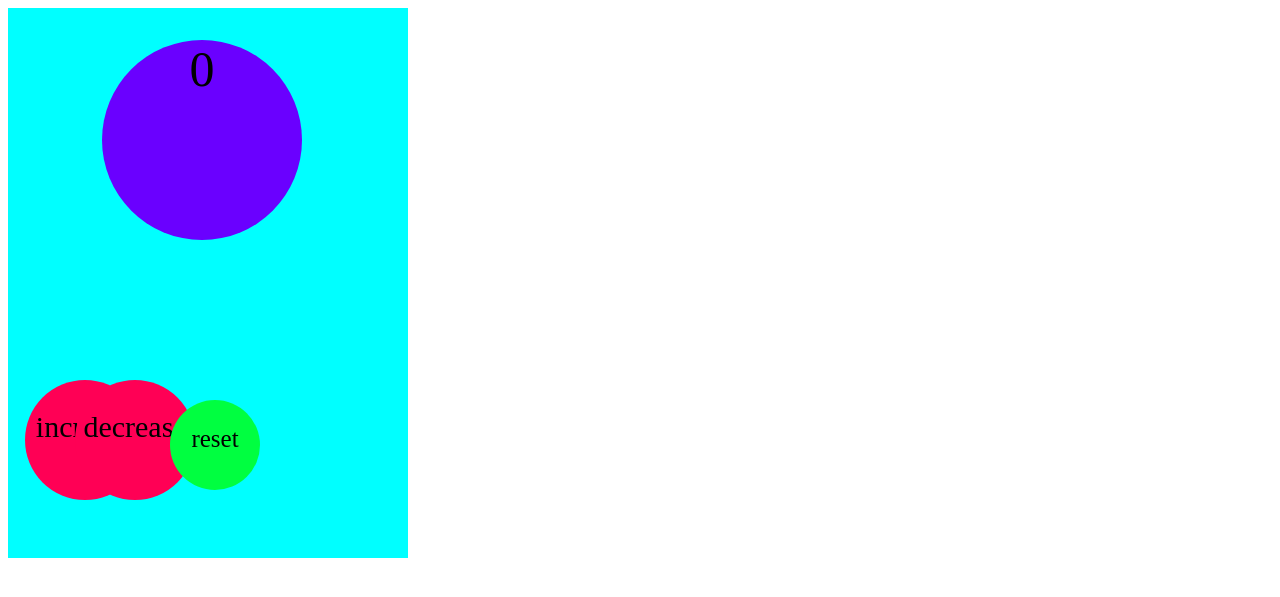
Repository: sara55m/Counter_App
Page: index.html
These files come from the project's save history. The page is drawn as it stood at one moment and after the next save; the edit follows.
The browser window is 1280 px wide. The pictures show the whole page.

Above is the page before, as saved 2024-07-30 03:33:50.

### index.html
<!DOCTYPE html>
<html lang="en">
<head>
    <meta charset="UTF-8">
    <meta name="viewport" content="width=device-width, initial-scale=1.0">
    <title>Document</title>
    <link rel="stylesheet" href="css/style.css">
</head>
<body>
    <div class="container">
        <div class="main" id="main"></div>
        <div class="increase" id="increase" onclick="increase()"><p class="first">increase</p></div>
        <div class="decrease" id="decrease" onclick="increase()"><p class="second">decrease</p></div>
        <div class="reset" onclick="reset_1()"><p class="third">reset</p></div>
    </div>
    <script src="js/script.js"></script>
</body>
</html>

### css/style.css
.container{
    height:550px;
    width:400px;
    background-color: aqua;
}

.main{
    position:absolute;
    top:40px;
    left:102px;
    height:200px;
    width:200px;
    border-radius: 50%;
    background-color: rgb(106, 0, 255);
    text-align: center;
    font-size: 50px;
}

.increase{
    position:absolute;
    top:380px;
    left:25px;
    height:120px;
    width:120px;
    border-radius: 50%;
    background-color: rgb(255, 0, 85);
    text-align: center;
    font-size: 50px;
}
p.first,p.second{
    font-size: 30px;;
}

.decrease{
    position:absolute;
    top:380px;
    left:75px;
    height:120px;
    width:120px;
    border-radius: 50%;
    background-color: rgb(255, 0, 85);
    text-align: center;
    font-size: 50px;
}

.reset{
    position:absolute;
    top:400px;
    left:170px;
    height:90px;
    width:90px;
    border-radius: 50%;
    background-color: rgb(0, 255, 64);
    text-align: center;
    font-size: 50px;
}

p.third{
    font-size: 25px;;
}

### js/script.js
let count=0;
let count1=0;
document.getElementById("main").innerHTML=count1;
function increase(){
    count+=1;
    count1+=1;
    //document.getElementById("increase").innerHTML=count;
    document.getElementById("main").innerHTML=count1;

}

function reset_1(){
    let count=0;
    let x=document.getElementById("main").innerHTML=count;

}

After the next save:
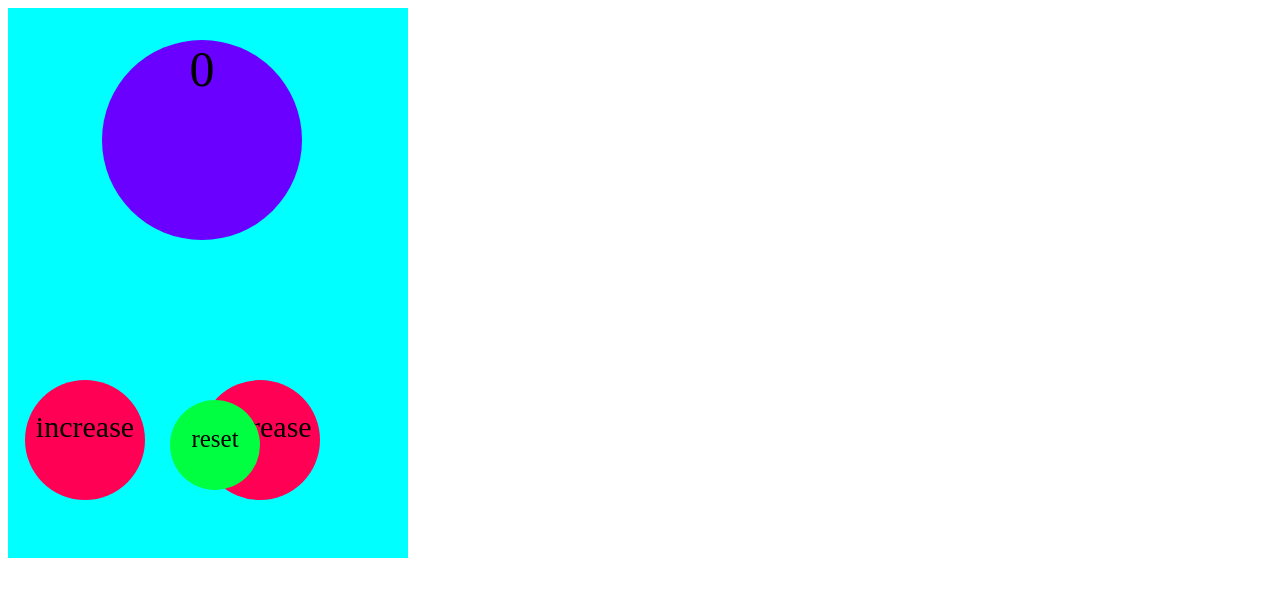
Saved 19 s later.
--- a/css/style.css
+++ b/css/style.css
@@ -34,7 +34,7 @@ p.first,p.second{
 .decrease{
     position:absolute;
     top:380px;
-    left:75px;
+    left:200px;
     height:120px;
     width:120px;
     border-radius: 50%;
